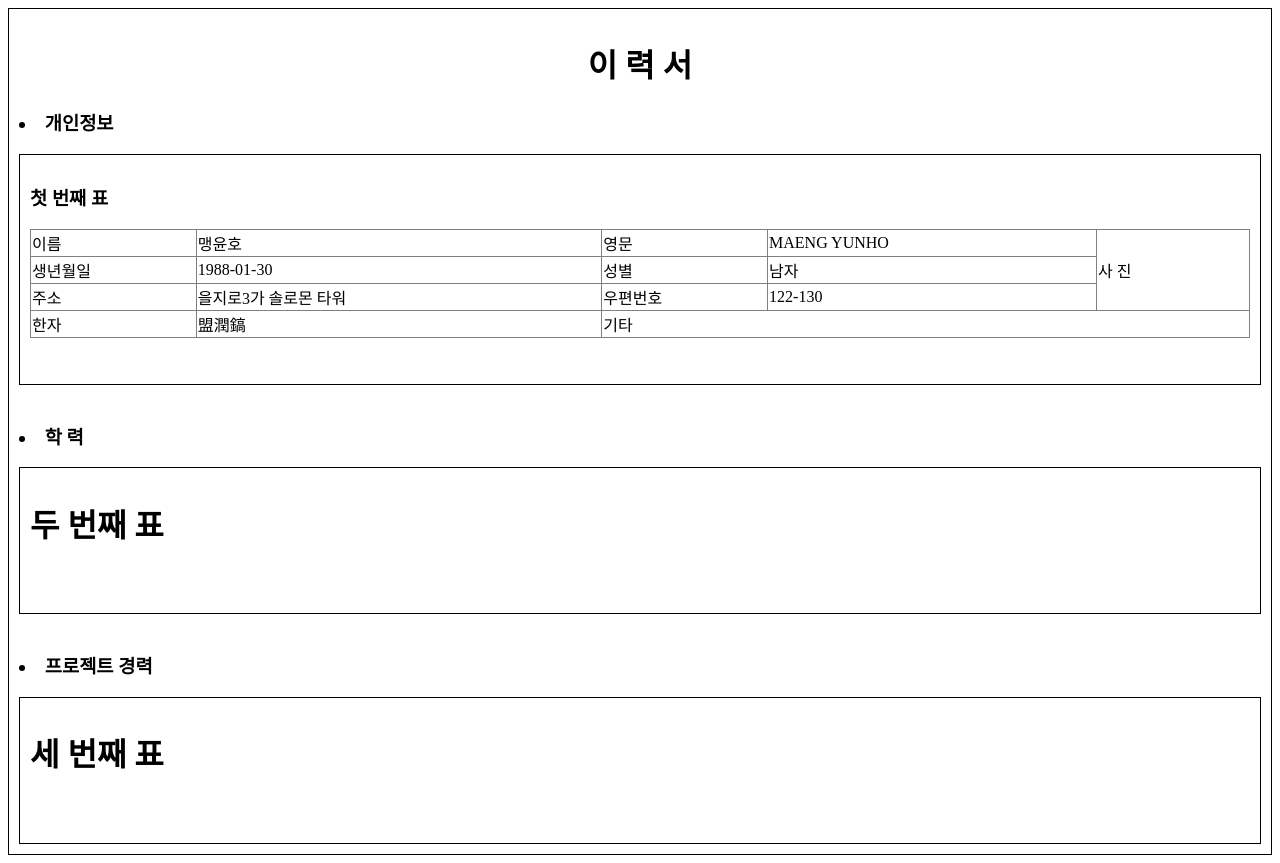
Repository: porivas/140630_Java
Page: http://localhost/web4_resume/resume.jsp
The author's editor kept a copy of each file at every save. The page is drawn from the files as they stood at one save, then again after the next save.
The browser window is 1280 px wide. The pictures show the whole page.
The page is served by Tomcat 9.

Above is the page before, as saved 2014-09-25 06:13:47.

After the next save:
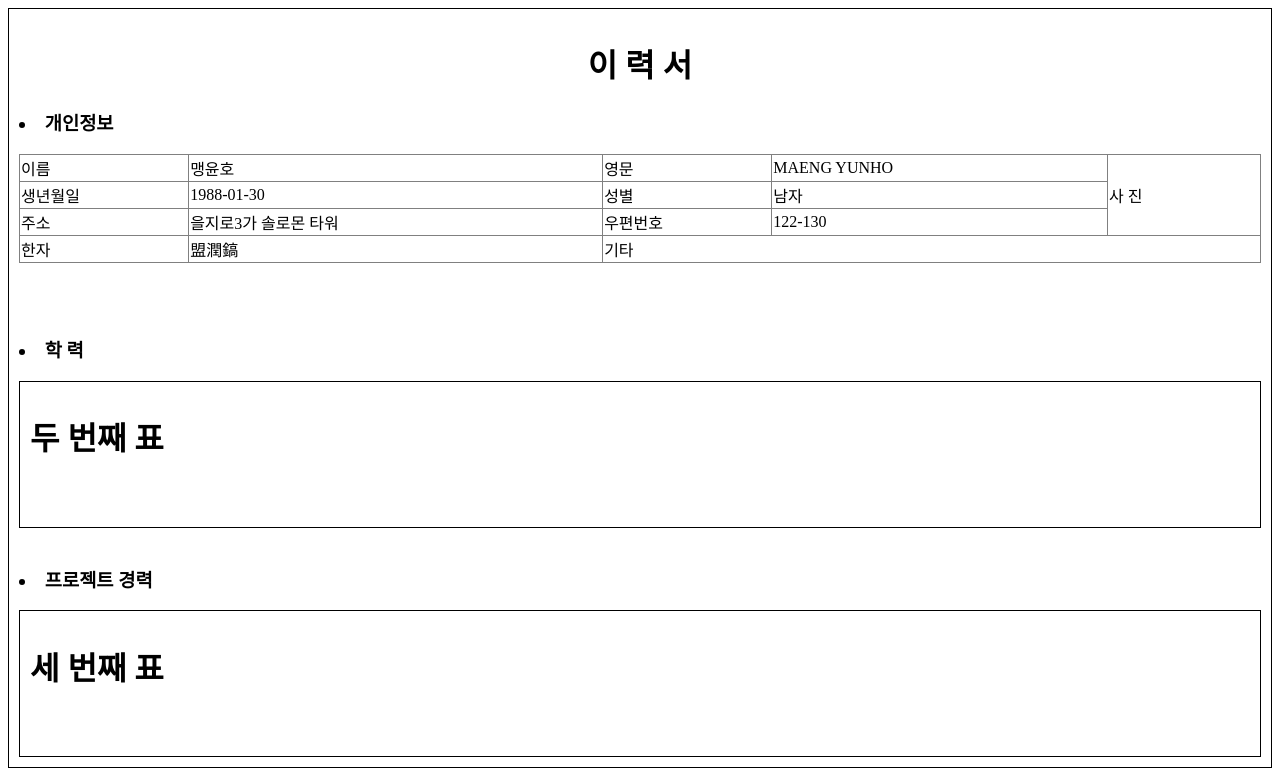
Saved 25 s later.
--- a/web4_resume/WebContent/resume.jsp
+++ b/web4_resume/WebContent/resume.jsp
@@ -10,8 +10,7 @@
 	<div id="background" style="border-top:1px solid; border-bottom:1px solid; border-left:1px solid; border-right:1px solid; padding:10px;">
 	<center><h1>이 력 서</h1></center>
 		<h3><li>개인정보</h3></li>
-		<div id="firstparagraph" style="border-top:1px solid; border-bottom:1px solid; border-left:1px solid; border-right:1px solid; padding:10px;">
-		<h3> 첫 번째 표</h3>
+		<div id="firstparagraph">
 		<type = text/css>
 		<style type="text/css">
 		  table {
